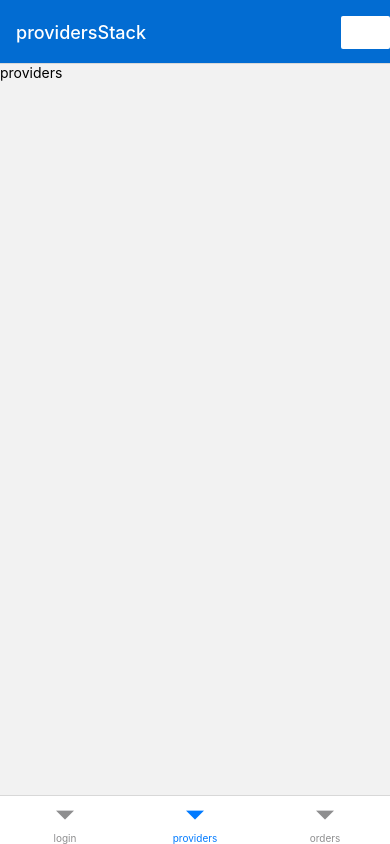
Repository: grownet-App/grownetAll
Screen: / (app in grownet-app/), after clicking the first element matching `div.r-transitionProperty-1i6wzkk`
The author's editor kept a copy of each file at every save. The screen is drawn from the files as they stood at one save, then again after the next save.
The app was drawn by React Native's web renderer in a window 390 px wide. The project was rebuilt for these pictures with package versions that can differ from the ones it lists, and the page was loaded fresh each time. Also part of the build but not shown: grownet-app/screens/orders.js.

Above is the screen before, as saved 2023-07-07 19:35:16.

After the next save:
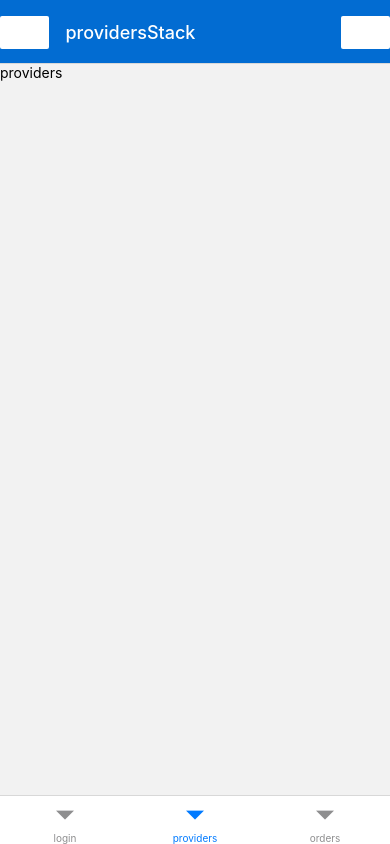
Saved 32 s later.
--- a/grownet-app/assets/navigation.js
+++ b/grownet-app/assets/navigation.js
@@ -24,6 +24,13 @@
                 component={providers}
                 options={{
                     headerBackTitleVisible: false,
+                    headerLeft: () => (
+                        <Button
+                            onPress={() => alert('This is a button!')}
+                            title="Info"
+                            color="#fff"
+                        />
+                    ),
                     headerRight: () => (
                         <Button
                             onPress={() => alert('This is a button!')}
